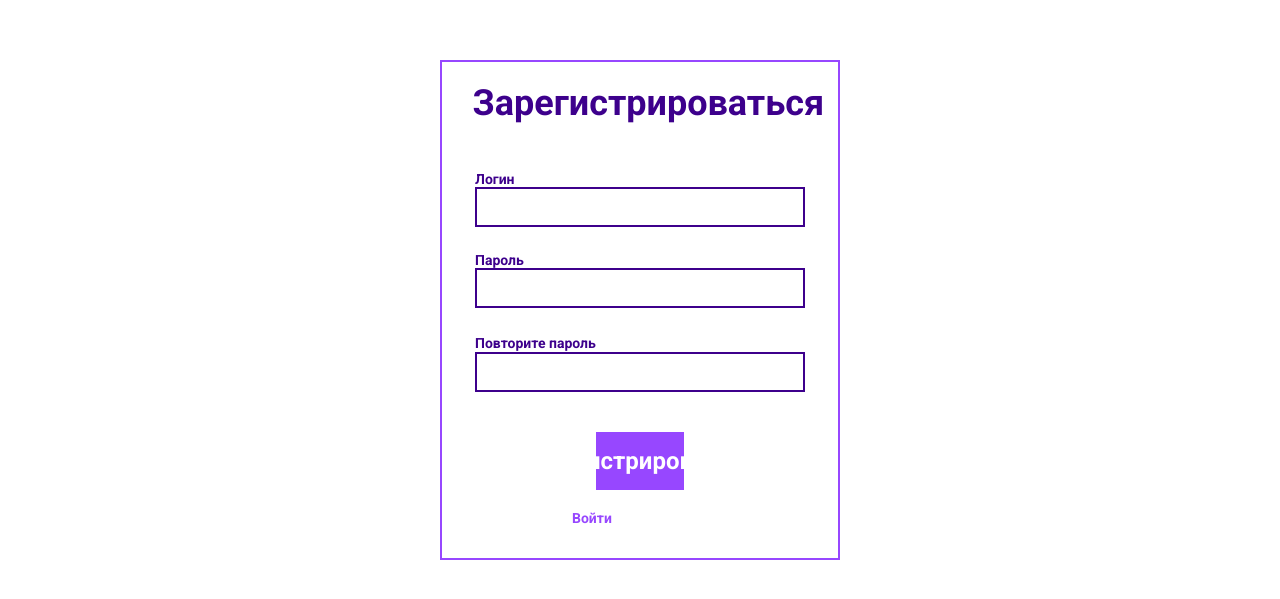
Repository: TimurZinatulin/Web_Shishki_1
Page: /edit
The author's editor kept a copy of each file at every save. The page is drawn from the files as they stood at one save, then again after the next save.
The browser window is 1280 px wide. The pictures show the whole page.
The project was rebuilt for these pictures with package versions that can differ from the ones it lists, and the page was loaded fresh each time. Also part of the build but not shown: vite.config.js, vue.config.js, src/views/LoginView.vue, src/components/HelloWorld.vue, src/views/MainView.vue, src/views/HomeView.vue, src/views/EditView.vue, src/views/FavoriteView.vue and 3 more.

Above is the page before, as saved 2023-06-10 23:09:06.
Console error: TypeError: Cannot read properties of null (reading 'user')

After the next save:
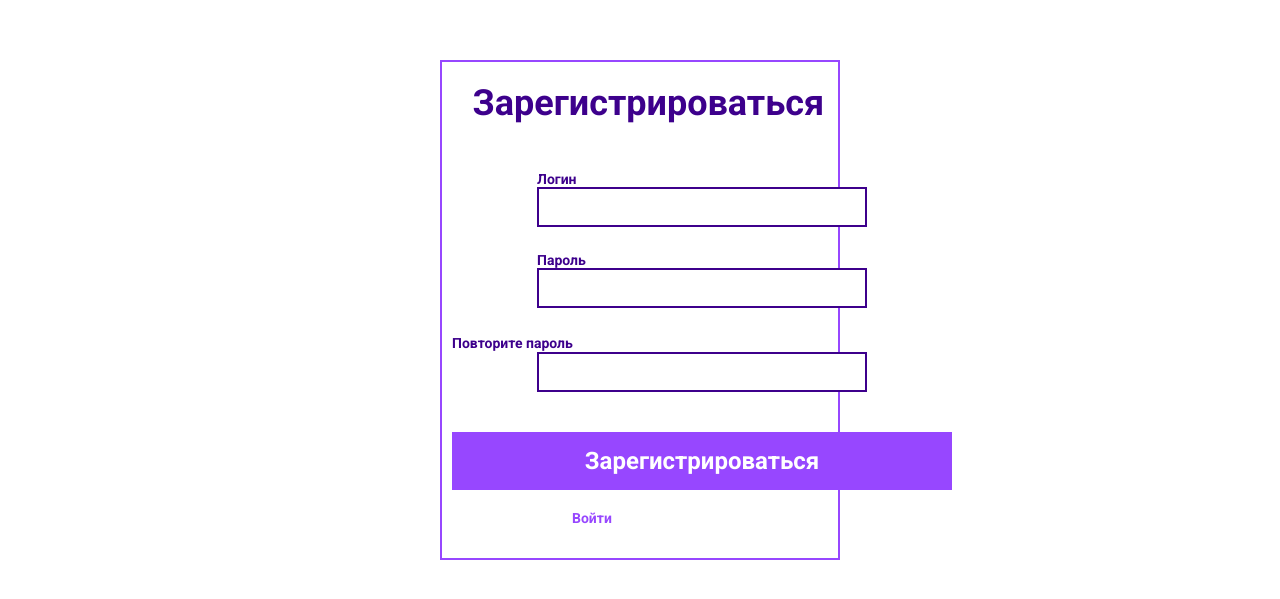
Saved 50 s later.
--- a/src/views/RegisterView.vue
+++ b/src/views/RegisterView.vue
@@ -8,7 +8,7 @@
             <input class="input1" style="top: -75px;" type="password" v-model="password">
             <p class="p" style="display:inline; position:relative; left: 0px;">Повторите пароль</p>
             <input class="input1" style="top: -70px;" type="password" v-model="password">
-            <button type="submit" id="log_btn">Зарегистрироваться</button>
+            <button type="submit" id="log_btn" style="width: 500px;">Зарегистрироваться</button>
         </form>
     </div>
 </template>
